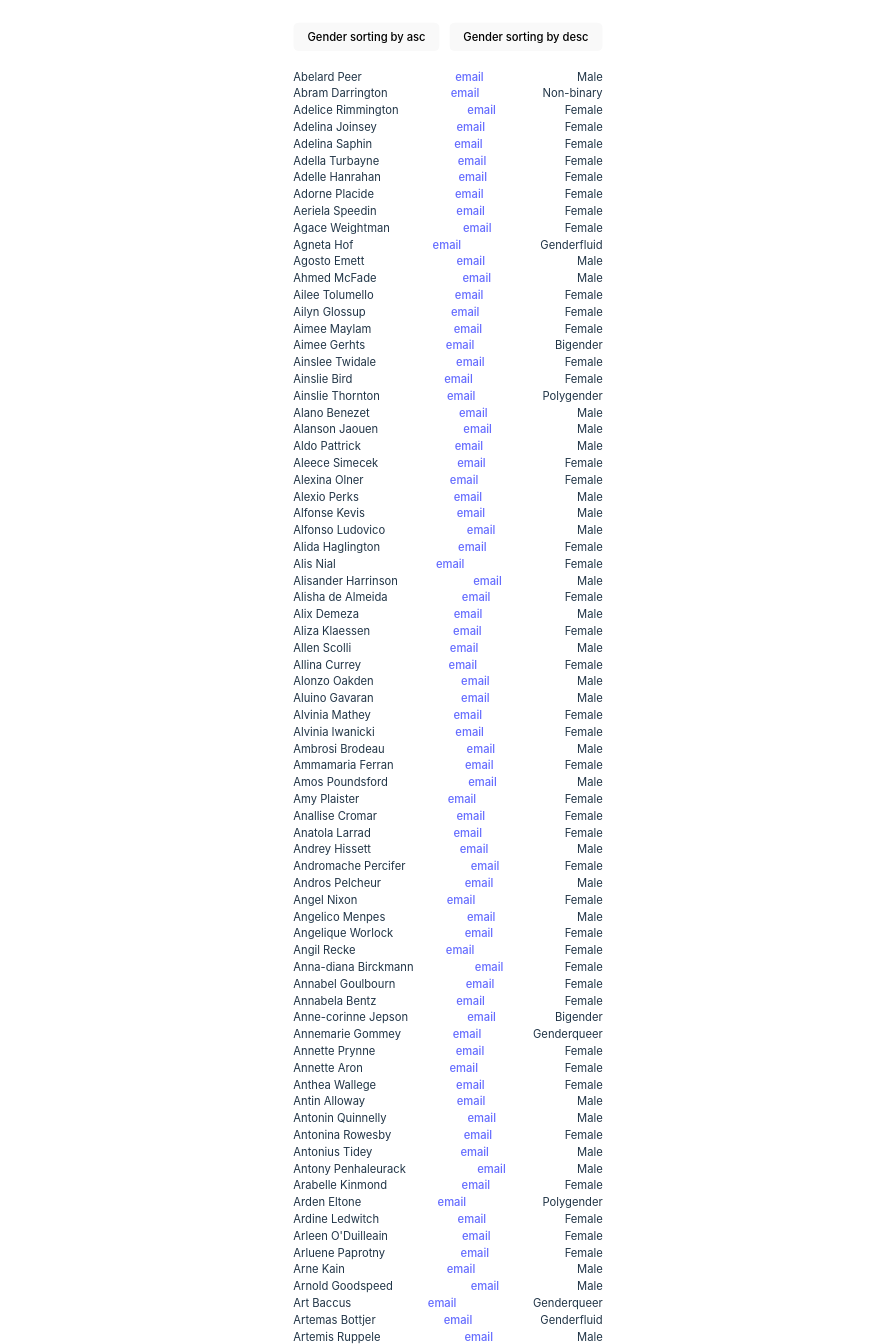
Repository: Kainar9292/sorting
Page: /
The author's editor kept a copy of each file at every save. The page is drawn from the files as they stood at one save, then again after the next save.
The browser window is 1280 px wide. The pictures show the part of the page from y = 0 to 1920 px (the page is 24129 px tall), at 70% of full size.
The project was rebuilt for these pictures with package versions that can differ from the ones it lists, and the page was loaded fresh each time. Also part of the build but not shown: vite.config.js.

Above is the page before, as saved 2022-10-29 15:16:30.

### src/style.css
:root {
  font-family: Inter, Avenir, Helvetica, Arial, sans-serif;
  font-size: 16px;
  line-height: 24px;
  font-weight: 400;

  color-scheme: light dark;
  color: rgba(255, 255, 255, 0.87);
  background-color: #242424;

  font-synthesis: none;
  text-rendering: optimizeLegibility;
  -webkit-font-smoothing: antialiased;
  -moz-osx-font-smoothing: grayscale;
  -webkit-text-size-adjust: 100%;
}

a {
  font-weight: 500;
  color: #646cff;
  text-decoration: inherit;
}
a:hover {
  color: #535bf2;
}

a {
  font-weight: 500;
  color: #646cff;
  text-decoration: inherit;
}
a:hover {
  color: #535bf2;
}

body {
  margin: 0;
  display: flex;
  place-items: center;
  min-width: 320px;
  min-height: 100vh;
}

h1 {
  font-size: 3.2em;
  line-height: 1.1;
}

button {
  border-radius: 8px;
  border: 1px solid transparent;
  padding: 0.6em 1.2em;
  font-size: 1em;
  font-weight: 500;
  font-family: inherit;
  background-color: #1a1a1a;
  cursor: pointer;
  transition: border-color 0.25s;
}
button:hover {
  border-color: #646cff;
}
button:focus,
button:focus-visible {
  outline: 4px auto -webkit-focus-ring-color;
}

.card {
  padding: 2em;
}

#app {
  max-width: 1280px;
  margin: 0 auto;
  padding: 2rem;
  text-align: center;
}

@media (prefers-color-scheme: light) {
  :root {
    color: #213547;
    background-color: #ffffff;
  }
  a:hover {
    color: #747bff;
  }
  button {
    background-color: #f9f9f9;
  }
}

.users {
  display: flex;
  flex-direction: column;
}

.users_item {
  display: flex;
  width: 100%;
  justify-content: space-between;
}

.users_name {

}

### src/App.vue
<template>
  <Users/>
</template>

<script setup>
import Users from './components/Users.vue'
</script>

### src/components/Users.vue
<template>
  <button @click="sortingByField('gender')">Gender sorting by asc</button>
  &nbsp;
  <button @click="sortingByField('gender', 'desc')">
    Gender sorting by desc
  </button>

  <br />
  <br />
  <div class="users">
    <div class="users_item" v-for="item in state.users">
      <div class="users_item-name">{{ item.first_name }} {{ item.last_name }}</div>
      <a href="mailto:{{item.email}}">email</a>
      <div>{{ item.gender }}</div>
      <!-- <br />
      <br /> -->
    </div>
  </div>
</template>

<script setup>
import { reactive } from 'vue';
import { users } from '../service/getUsers';

const state = reactive({
  users: [],
});

state.users = users;

function sortingByField(sortedField, sordetType) {
  state.users = state.users.sort((a, b) => {
    if (sordetType === 'desc') {
      return a[sortedField] < b[sortedField] ? 1 : -1;
    } else {
      return a[sortedField] > b[sortedField] ? 1 : -1;
    }
  });
}

sortingByField('first_name');
</script>

Loaded but not shown: index.html (common file); src/main.js (common file); src/service/getUsers.js (1000 lines, source omitted)

After the next save:
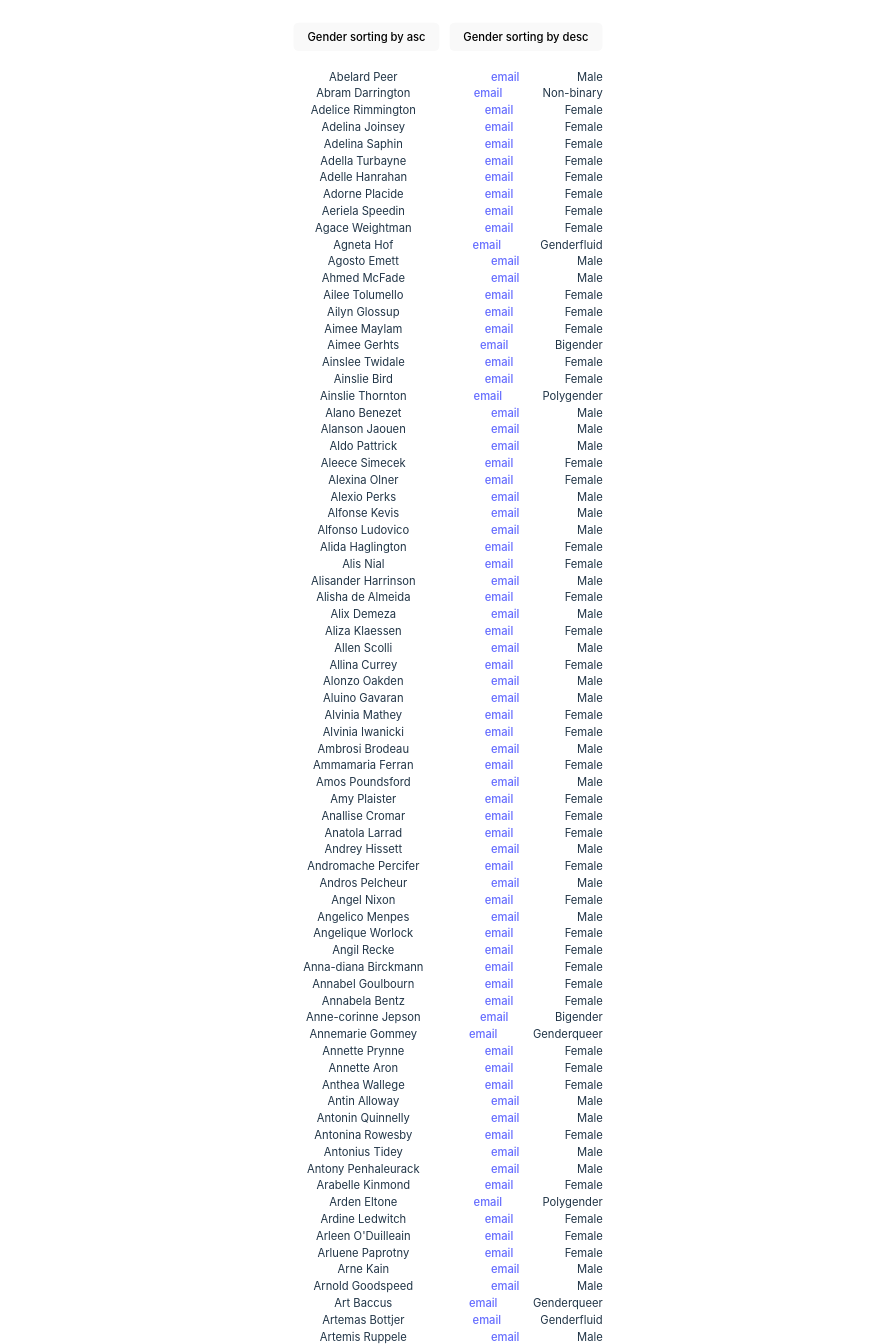
Saved 16 s later.
--- a/src/style.css
+++ b/src/style.css
@@ -100,6 +100,6 @@ button:focus-visible {
   justify-content: space-between;
 }
 
-.users_name {
-
+.users_item-name {
+  flex-basis: 200px;
 }
